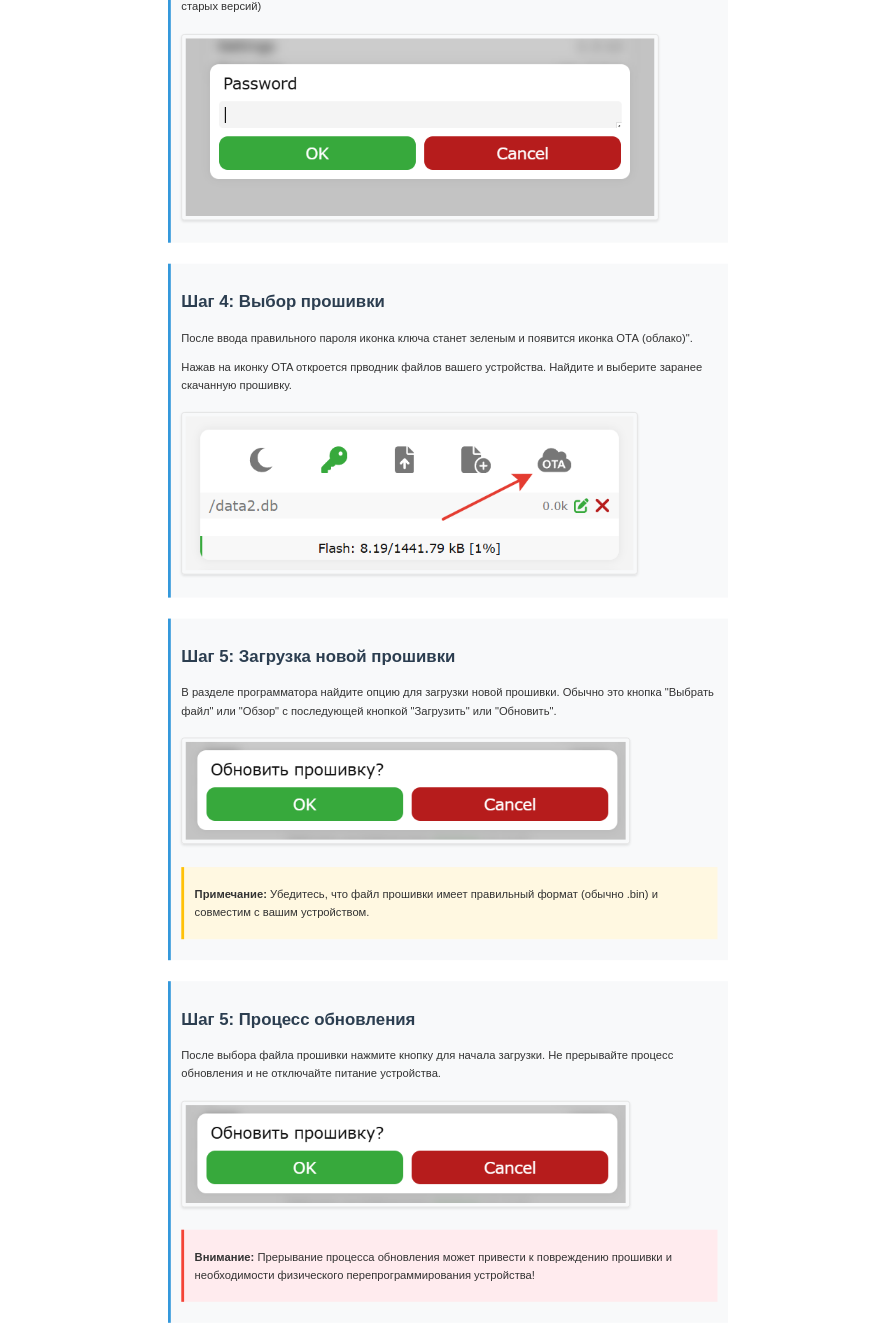
Repository: NikElectronics/ELIXStoFIX
Page: firware.html
The author's editor kept a copy of each file at every save. The page is drawn from the files as they stood at one save, then again after the next save.
The browser window is 1280 px wide. The pictures show the part of the page from y = 1814 to 3714 px (the page is 5353 px tall before and 5394 px after), at 70% of full size.
A picture or video elsewhere on the page could not be fetched, so the positions and the page height are approximate.

Above is the page before, as saved 2025-10-22 08:47:42.

After the next save:
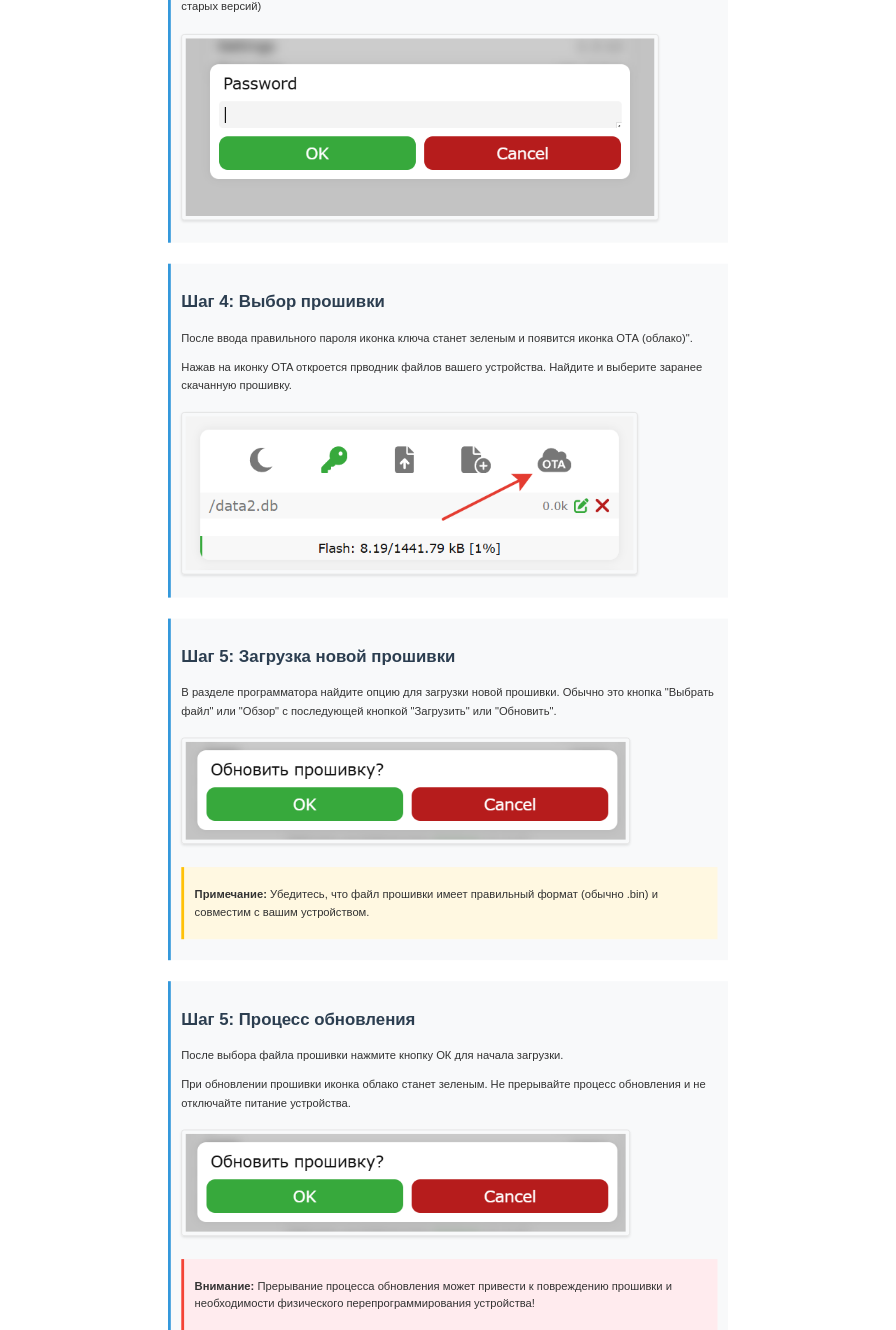
Saved 6 min 5 s later.
--- a/firware.html
+++ b/firware.html
@@ -100,7 +100,8 @@
 
     <div class="step">
         <h2>Шаг 5: Процесс обновления</h2>
-        <p>После выбора файла прошивки нажмите кнопку для начала загрузки. Не прерывайте процесс обновления и не отключайте питание устройства.</p>
+        <p>После выбора файла прошивки нажмите кнопку ОК для начала загрузки. </p>
+         <p>При обновлении прошивки иконка облако станет зеленым. Не прерывайте процесс обновления и не отключайте питание устройства.</p>
         <img src="images/firmware.png" alt="Процесс обновления прошивки" class="screenshot">
         <div class="warning">
             <p><strong>Внимание:</strong> Прерывание процесса обновления может привести к повреждению прошивки и необходимости физического перепрограммирования устройства!</p>
